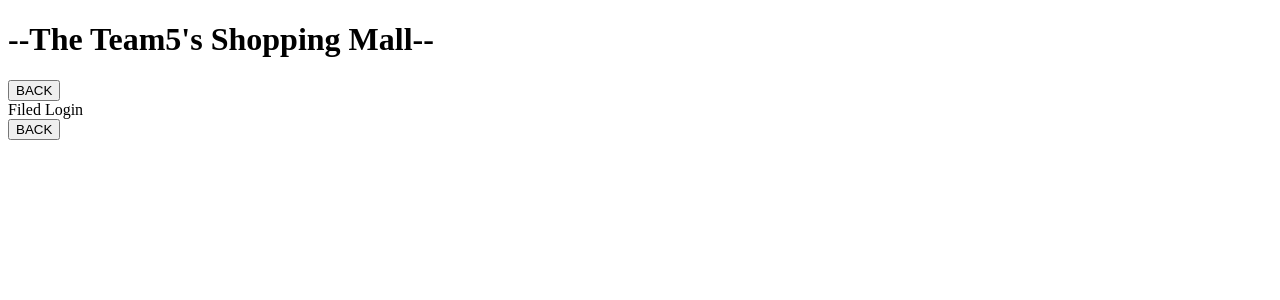
Repository: MIR013/KNU_DB_Project_Team5
Page: http://localhost/Databaase/main_page.jsp
The author's editor kept a copy of each file at every save. The page is drawn from the files as they stood at one save, then again after the next save.
The browser window is 1280 px wide. The pictures show the whole page.
The page is served by Tomcat 9. Nobody is signed in. The application's start-up code is not run.

Above is the page before, as saved 2018-11-12 14:04:50.

After the next save:
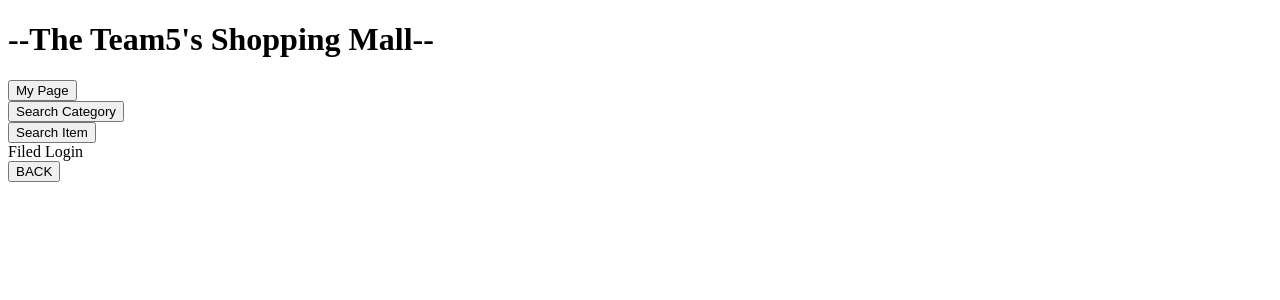
Saved 77 s later.
--- a/dbphase/Databaase/WebContent/main_page.jsp
+++ b/dbphase/Databaase/WebContent/main_page.jsp
@@ -10,7 +10,13 @@
 <h1> --The Team5's Shopping Mall--</h1>
 
 <form>
-	<input type="button" value="BACK" onclick="location.href='Sign_in.html'"/>
+	<input type="button" value="My Page" onclick="location.href='myPage.html'"/>
+	</br>
+
+	<input type="button" value="Search Category" onclick="location.href='search_category.html'"/>
+	</br>
+
+	<input type="button" value="Search Item" onclick="location.href='search_item.html'"/>
 	</br>
 </form>
 
